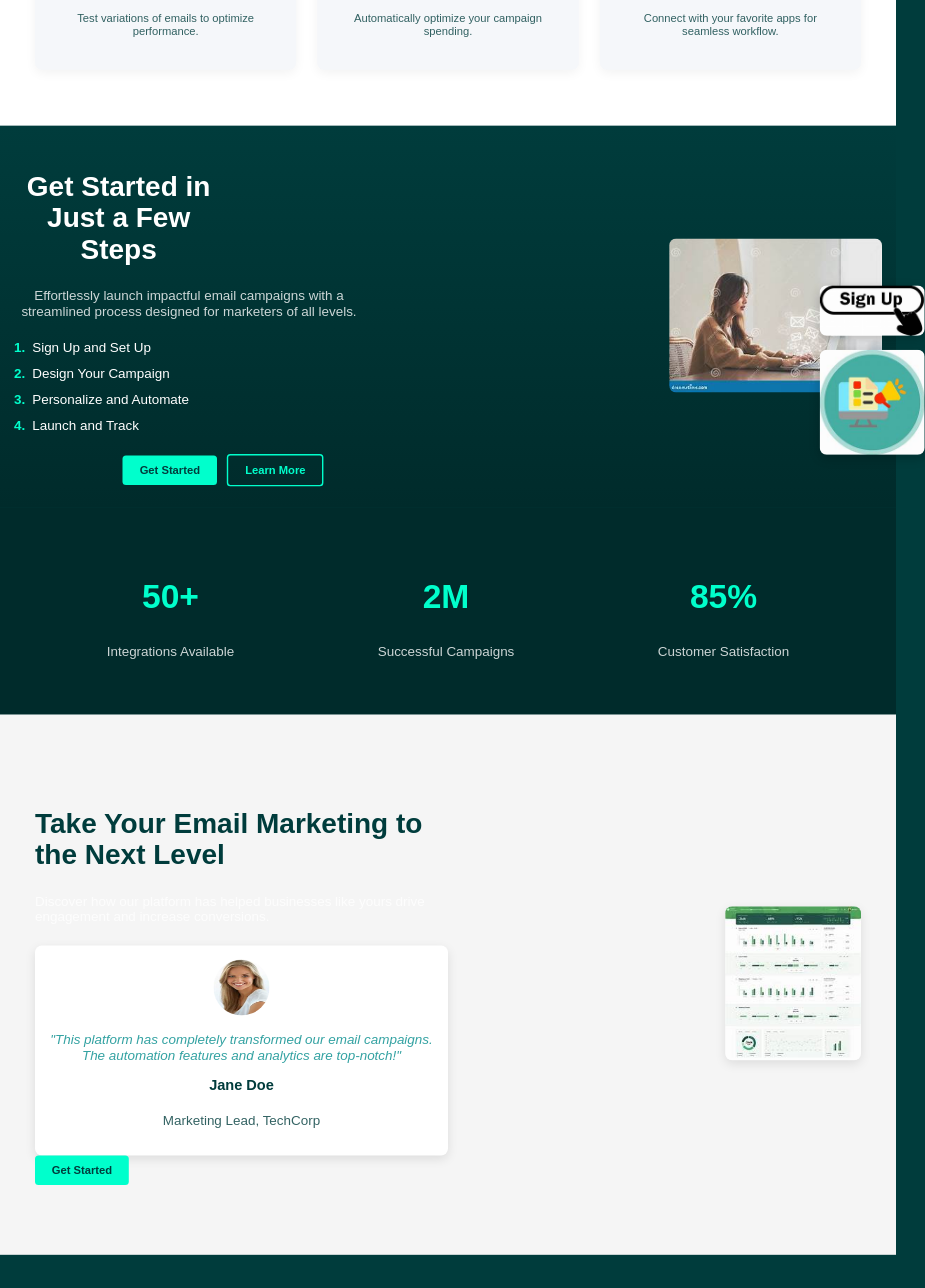
Repository: Patience225/email-marketing
Page: index.html
These files come from the project's save history. The page is drawn as it stood at one moment and after the next save; the edit follows.
The browser window is 1280 px wide. The page is 1321 px wide, so the pictures cover 1321 px, including what lies to the right of the window. The pictures show the part of the page from y = 1414 to 3254 px (the page is 4487 px tall before and 4442 px after), at 70% of full size.

Above is the page before, as saved 2025-01-29 18:24:53.
Console error: TypeError: Cannot read properties of null (reading 'addEventListener')

After the next save:
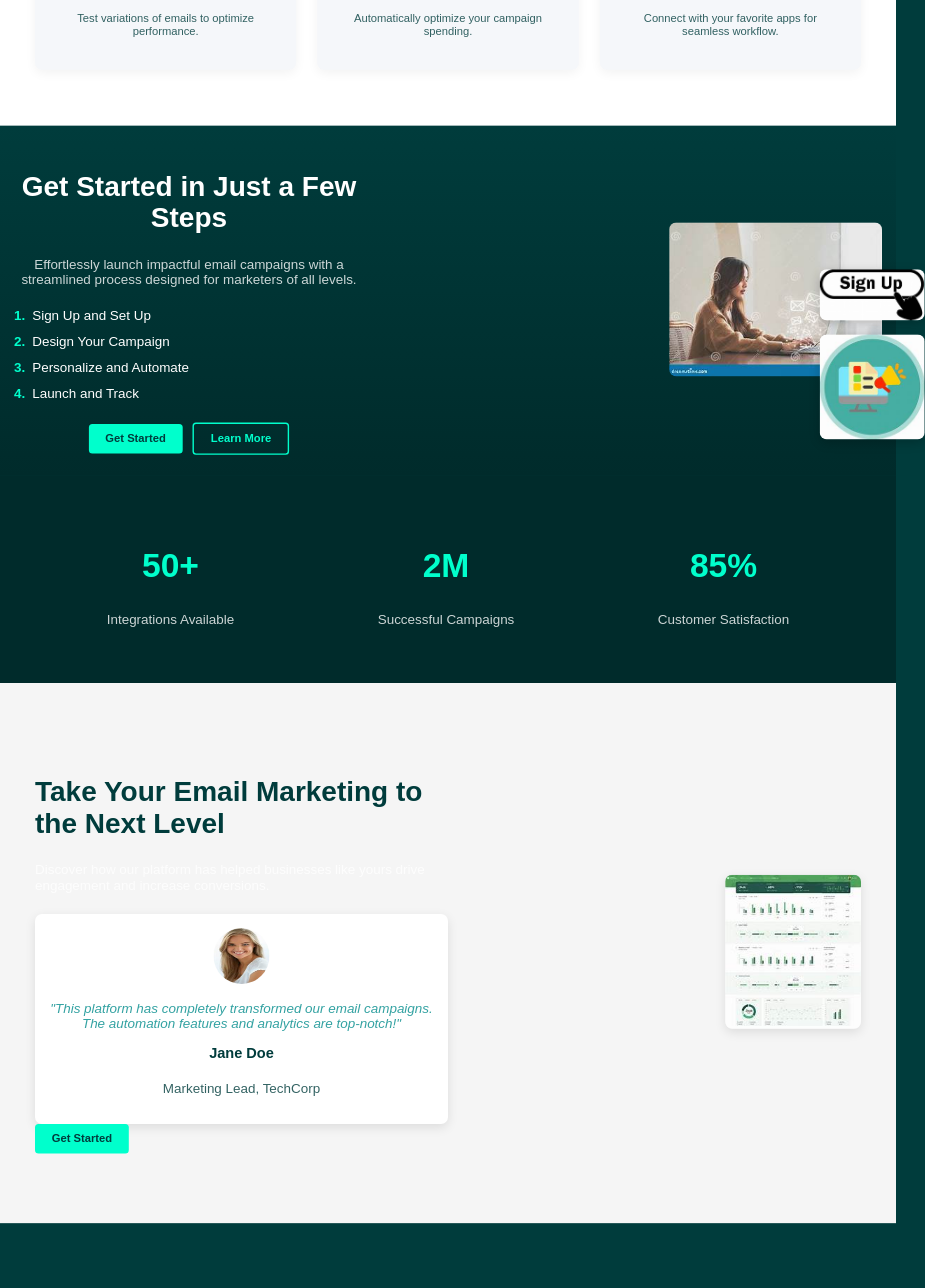
Saved 5 s later.
--- a/styles.css
+++ b/styles.css
@@ -639,7 +639,7 @@ body {
 .get-started h2 {
   font-size: 2.5rem;
   font-weight: bold;
-  width: 50%;
+  max-width: 500px;
 }
 
 .get-started p {
